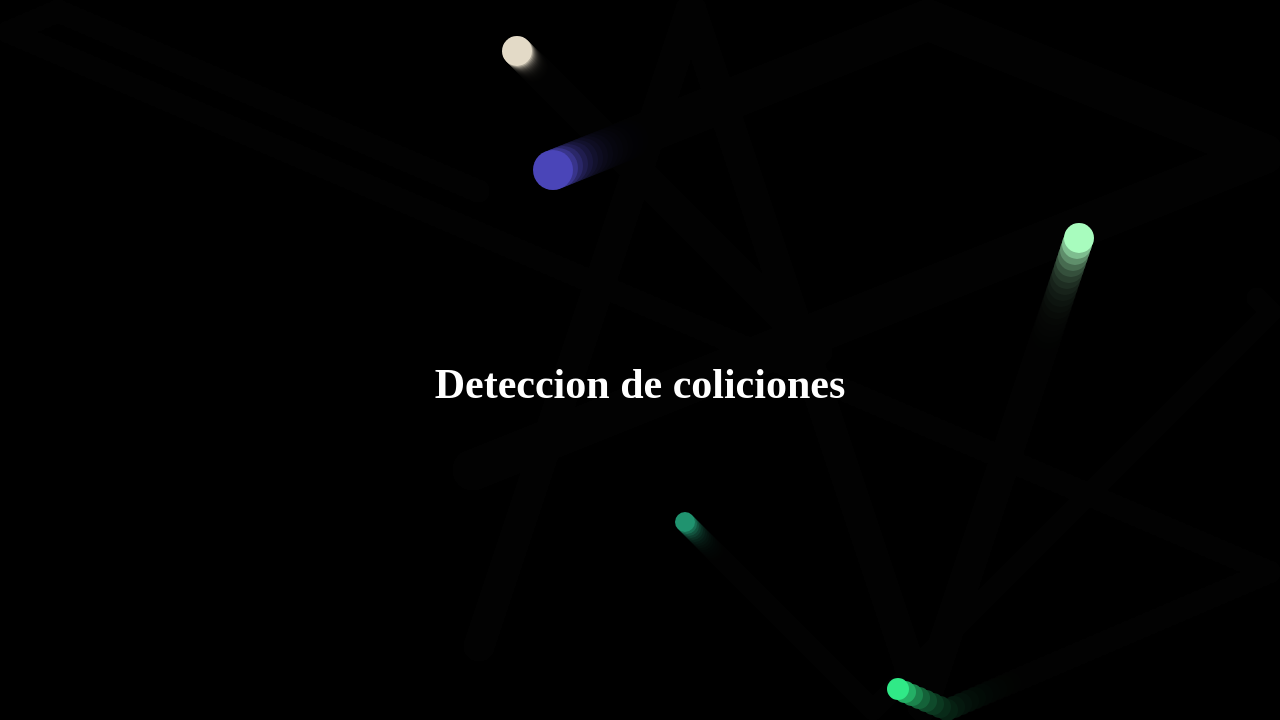
Repository: mvbri/Bouncing-Balls-Animation
Page: index.html
These files come from the project's save history. The page is drawn as it stood at one moment and after the next save; the edit follows.
The browser window is 1280 px wide. The pictures show the whole page.

Above is the page before, as saved 2023-01-16 19:46:15.

### index.html
<!DOCTYPE html>
<html lang="en">
	<head>
		<meta charset="UTF-8" />
		<meta http-equiv="X-UA-Compatible" content="IE=edge" />
		<meta name="viewport" content="width=device-width, initial-scale=1.0" />
		<title>Practicas js</title>
		<link rel="stylesheet" href="style.css" />
	</head>
	<body>
		<div class="container">
			<h1>Deteccion de coliciones</h1>
			<canvas class="canvas"></canvas>
		</div>
		<script src="./bouncingBalls.js"></script>
		<!-- <script src="main.js"></script> -->
	</body>
</html>

### style.css
* {
    margin: 0;
    padding: 0;
    box-sizing: border-box;
}

html,
body {
    height: 100vh;
}

.container {
    height: 100%;
    display: grid;
    justify-content: center;
    align-items: center;
}

h1 {
    text-align: center;
    position: absolute;
    top: 50%;
    left: 0;
    z-index: 1000;
    color: #fff;
    width: 100%;
    text-align: center;
    font-size: 42px;
}

### bouncingBalls.js
const canvas = document.querySelector('.canvas');
const ctx = canvas.getContext('2d');
let myReq;

window.addEventListener('resize', () => {
	getDisign(true);
});
window.addEventListener('DOMContentLoaded', () => {
	getDisign(false);
});

const getDisign = (resizeD) => {
	let width = window.innerWidth;
	let height = window.innerHeight;
	canvas.width = width;
	canvas.height = height;
	let resize = resizeD;

	const random = (min, max) => {
		var num = Math.floor(Math.random() * (max - min + 1)) + min;
		return num;
	};

	const randomRGB = () => {
		return `rgb(${random(0, 255)},${random(0, 255)},${random(0, 255)})`;
	};

	class Ball {
		constructor(x, y, vely, velx, color, size) {
			this.x = x;
			this.y = y;
			this.vely = vely;
			this.velx = velx;
			this.color = color;
			this.size = size;
		}

		draw() {
			ctx.beginPath();
			ctx.fillStyle = this.color;
			ctx.arc(this.x, this.y, this.size, 0, 2 * Math.PI);
			ctx.fill();
		}
		update() {
			if (this.x + this.size >= width) this.velx = -this.velx;
			if (this.x - this.size <= 0) this.velx = -this.velx;
			if (this.y + this.size >= height) this.vely = -this.vely;
			if (this.y - this.size <= 0) this.vely = -this.vely;

			this.x += this.velx;
			this.y += this.vely;
		}
	}

	let balls = [];
	while (balls.length < 5) {
		const size = random(10, 20);
		const ball = new Ball(
			random(0 + size, width - size),
			random(0 + size, height - size),
			random(-7, 7),
			random(-7, 7),
			randomRGB(),
			size
		);

		balls.push(ball);
	}

	if (resize) cancelAnimationFrame(myReq);

	const loop = () => {
		ctx.fillStyle = 'rgba(0, 0, 0, 0.25)';
		ctx.fillRect(0, 0, width, height);

		for (const ball of balls) {
			ball.draw();
			ball.update();
		}

		myReq = requestAnimationFrame(loop);
	};
	loop();
};

// function Ball(x, y, vely, velx, color, size) {
// 	this.x = x;
// 	this.y = y;
// 	this.vely = vely;
// 	this.velx = velx;
// 	this.color = color;
// 	this.size = size;
// }

// Cuales son las diferencias entre una funcion constructora y un clase
// La funcion anterior es siquiera una funcion constuctora?

After the next save:
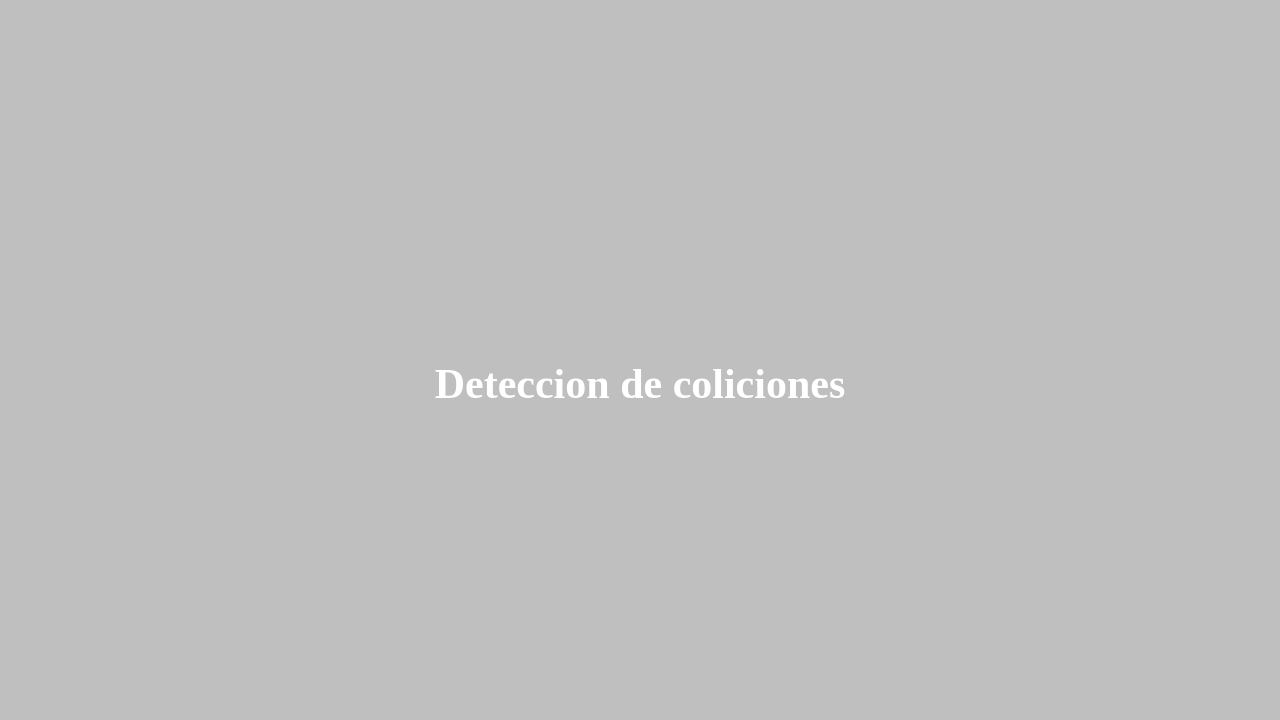
Console error (its wording comes from the project's code and is left out).
Saved 14 min 13 s later.
--- a/bouncingBalls.js
+++ b/bouncingBalls.js
@@ -39,7 +39,7 @@
 			ctx.beginPath();
 			ctx.fillStyle = this.color;
 			ctx.arc(this.x, this.y, this.size, 0, 2 * Math.PI);
-			ctx.fill();
+			ctx.fillRect();
 		}
 		update() {
 			if (this.x + this.size >= width) this.velx = -this.velx;

After the 3 saves that followed:
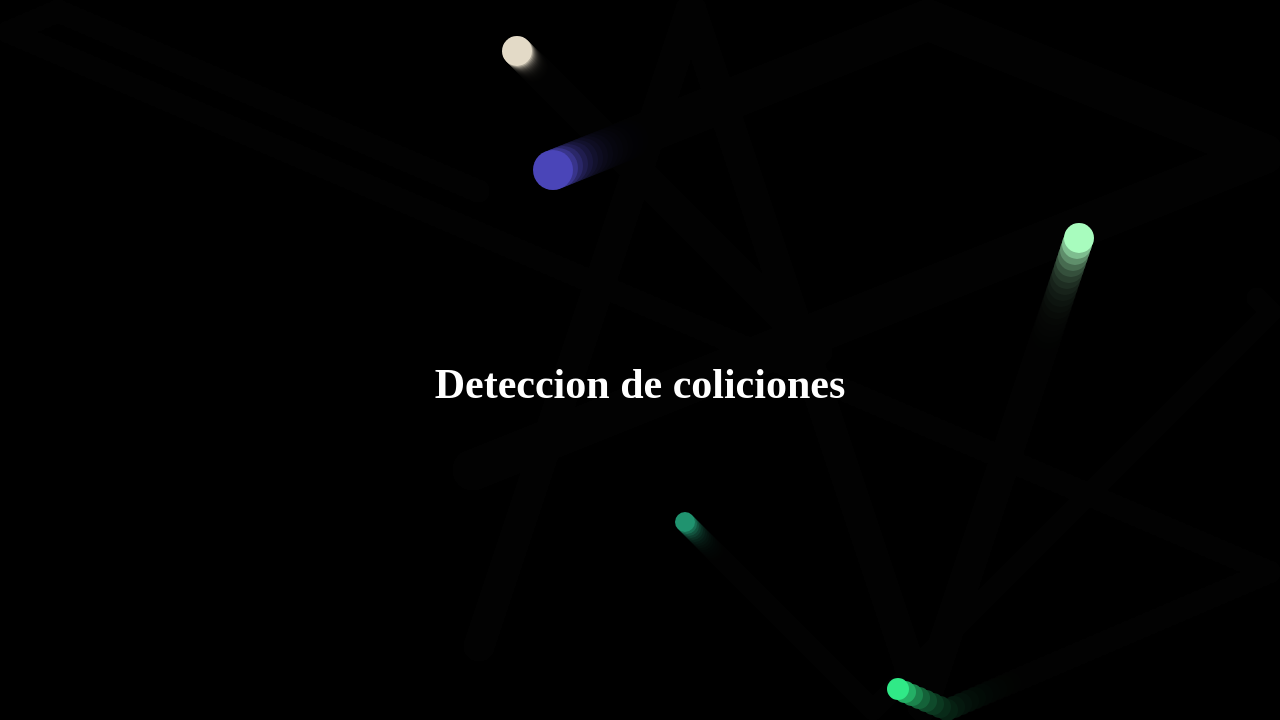
The error is gone.
The 3 saves are shown as one change because 1 left the picture as it was and some came seconds apart.
The last was saved 27 s later.
--- a/bouncingBalls.js
+++ b/bouncingBalls.js
@@ -39,7 +39,7 @@
 			ctx.beginPath();
 			ctx.fillStyle = this.color;
 			ctx.arc(this.x, this.y, this.size, 0, 2 * Math.PI);
-			ctx.fillRect();
+			ctx.fill();
 		}
 		update() {
 			if (this.x + this.size >= width) this.velx = -this.velx;
